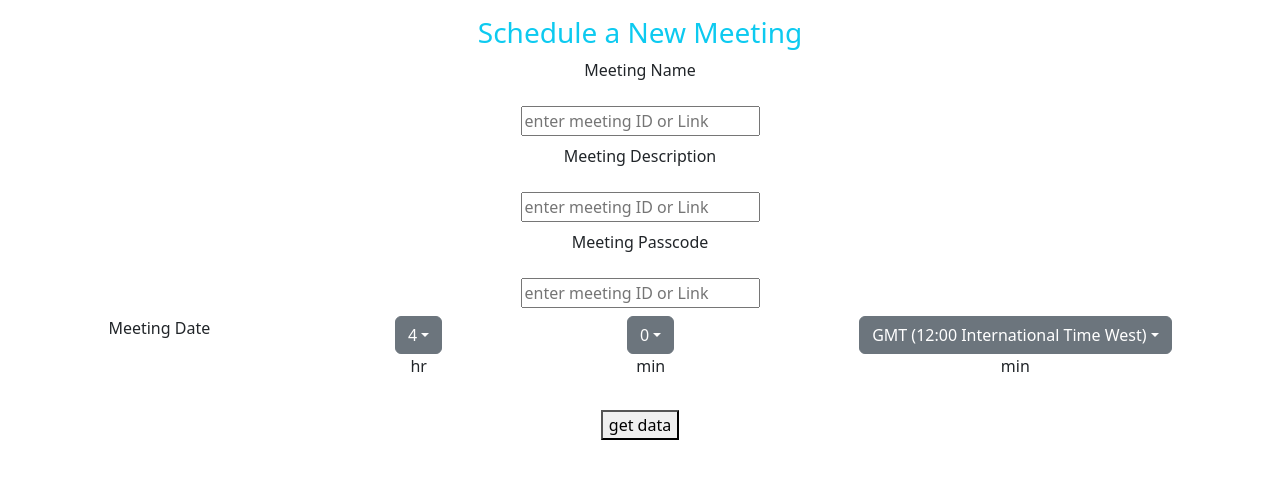
Repository: sreech465/myexam
Page: /smeet
The author's editor kept a copy of each file at every save. The page is drawn from the files as they stood at one save, then again after the next save.
The browser window is 1280 px wide. The pictures show the whole page.
The project was rebuilt for these pictures with package versions that can differ from the ones it lists, and the page was loaded fresh each time. Also part of the build but not shown: src/Details.js, src/Jmeet.js, src/Joinmeet.js.

Above is the page before, as saved 2023-01-14 16:42:39.

After the next save:
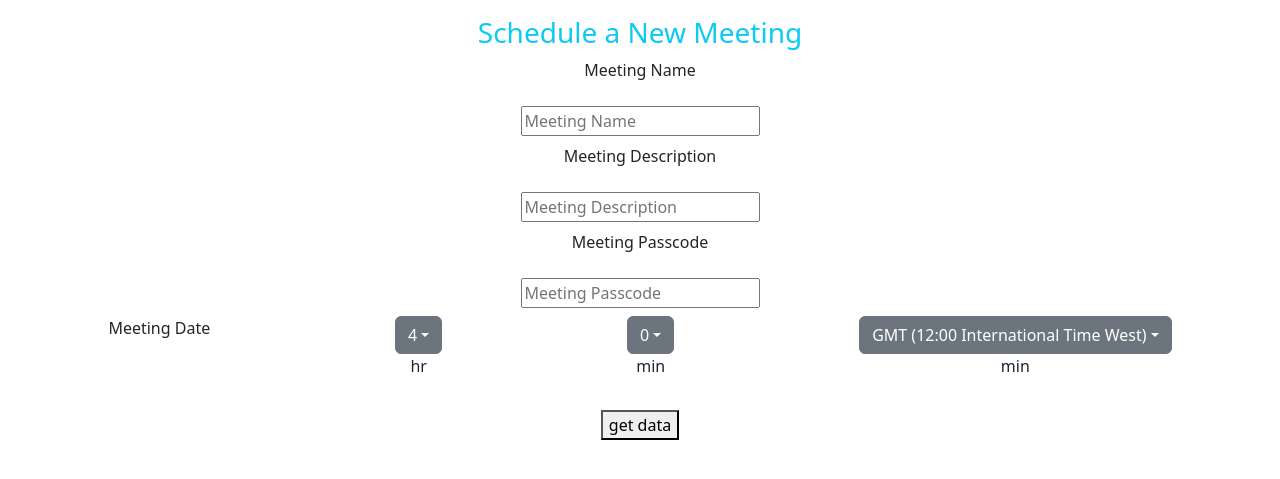
Saved 58 s later.
--- a/src/Smeet.js
+++ b/src/Smeet.js
@@ -39,7 +39,7 @@ const Smeet = () => {
         <input
           className="m-2"
           type="text"
-          placeholder="enter meeting ID or Link"
+          placeholder="Meeting Name"
           onChange={(e) => {
             setDet(e.target.value);
           }}
@@ -48,7 +48,7 @@ const Smeet = () => {
         <input
           className="m-2"
           type="text"
-          placeholder="enter meeting ID or Link"
+          placeholder="Meeting Description"
           onChange={(e) => {
             setDet(e.target.value);
           }}
@@ -57,7 +57,7 @@ const Smeet = () => {
         <input
           className="m-2"
           type="text"
-          placeholder="enter meeting ID or Link"
+          placeholder="Meeting Passcode"
           onChange={(e) => {
             setDet(e.target.value);
           }}
